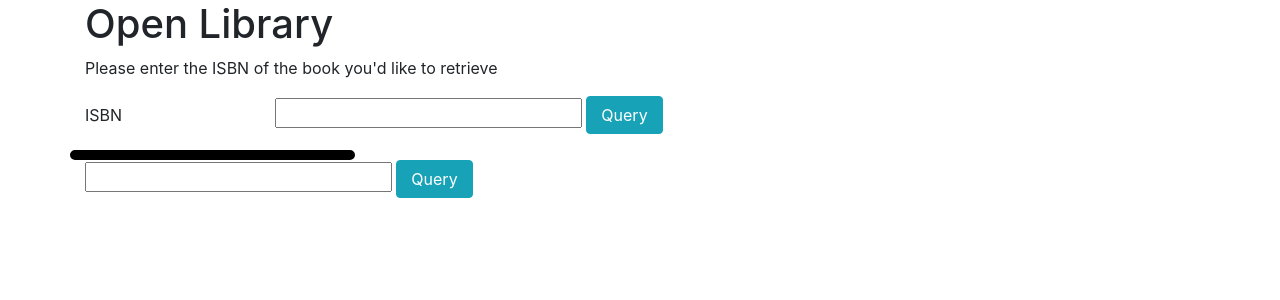
Repository: Voraphi/Jesus_Caballero-CST336-MIDTERM
Page: exams/midterm/index.html
The author's editor kept a record of every edit. The page is drawn from the files as they stood at one moment, then again after the next edit.
The browser window is 1280 px wide. The pictures show the whole page.

Above is the page before.

After the next edit:
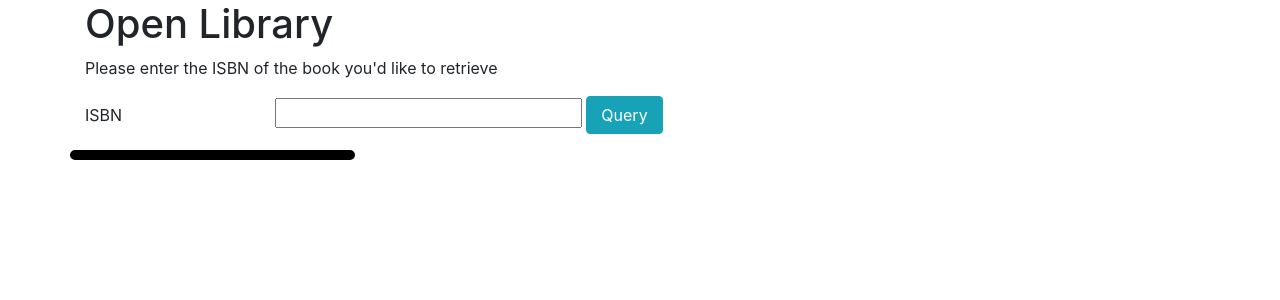
The edit:
--- a/exams/midterm/index.html
+++ b/exams/midterm/index.html
@@ -29,8 +29,6 @@
             <div class="form-group row">
                 <img src="" class="col-sm-3 cover">
                 <div class="col-sm-10">
-                    <span><input type="text" name="isbn" id="isbn" class="col-sm-4"/></span>
-                    <span><button type="button" class="btn btn-info col-sm-1" id="isbn-query">Query</button></span>
                 </div>
             </div>
         </div>
